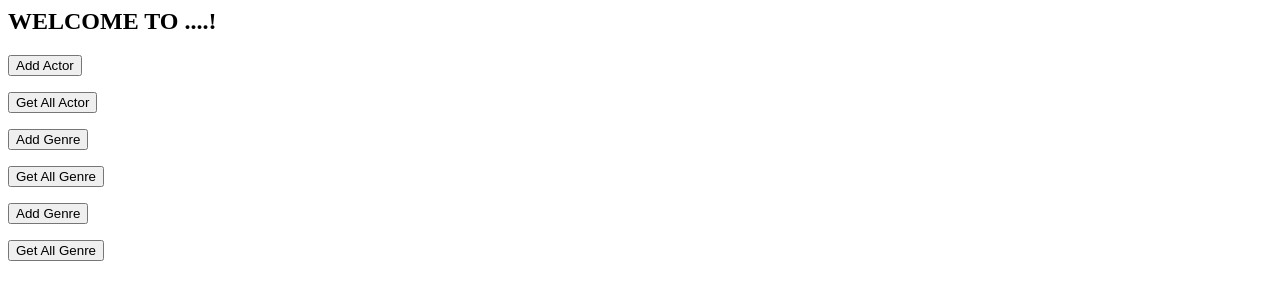
Repository: anoop600/discussionAll
Page: http://localhost/DiscussionMCV/
These files come from the project's save history. The page is drawn as it stood at one moment and after the next save; the edit follows.
The browser window is 1280 px wide. The pictures show the whole page.
The page is served by Tomcat 9.

Above is the page before, as saved 2019-01-03 05:49:52.

After the next save:
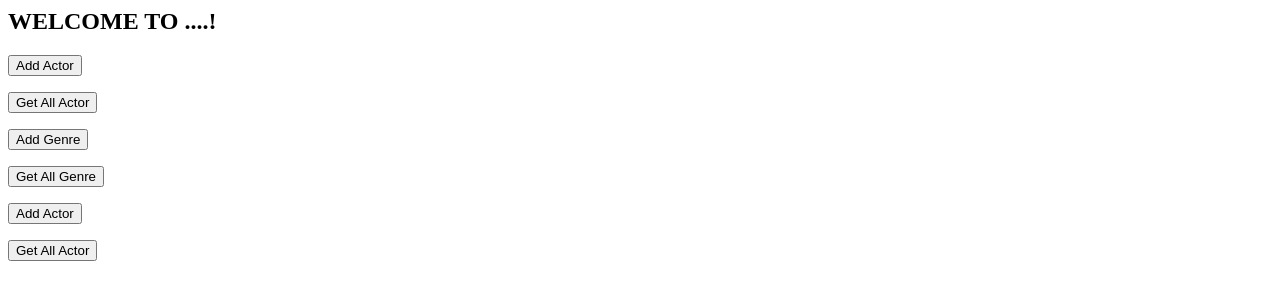
Saved 36 s later.
--- a/DiscussionMCV/src/main/webapp/index.jsp
+++ b/DiscussionMCV/src/main/webapp/index.jsp
@@ -15,12 +15,12 @@
 	<form action="getAllGenre1.html">
 		<input type="submit" value="Get All Genre" />
 	</form>
-	<form action="addGenre.html">
-		<input type="submit" value="Add Genre" />
+	<form action="addMovie1.html">
+		<input type="submit" value="Add Actor" />
 	</form>
 
-	<form action="getAllGenre1.html">
-		<input type="submit" value="Get All Genre" />
+	<form action="getAllMovieDetails1.html">
+		<input type="submit" value="Get All Actor" />
 	</form>
 </body>
 </html>
